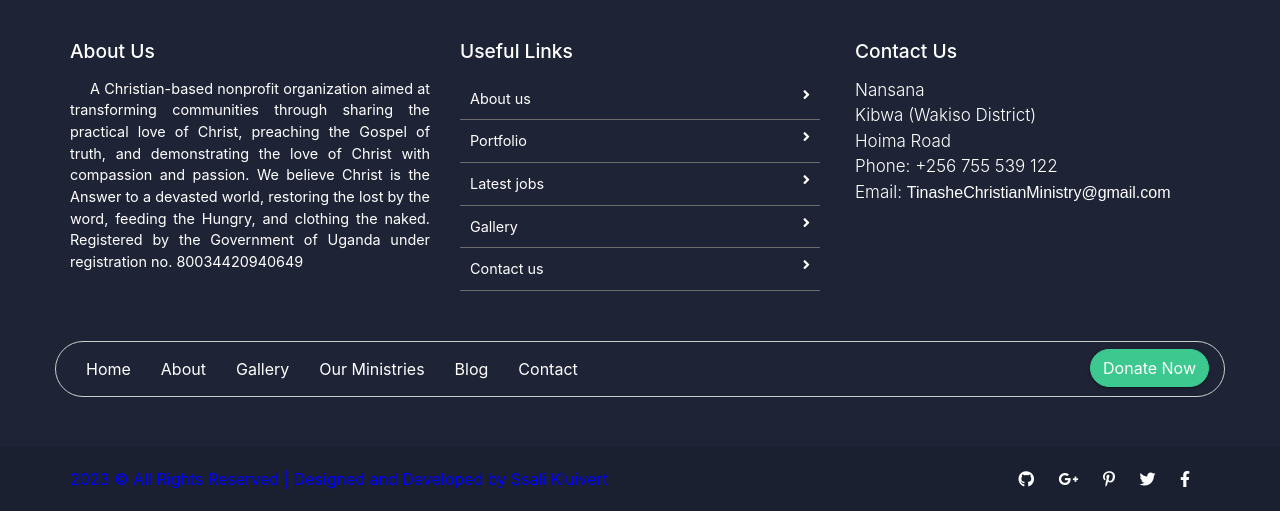
Repository: kluivert-ssali/Zziwa
Page: about_us.html
The author's editor kept a copy of each file at every save. The page is drawn from the files as they stood at one save, then again after the next save.
The browser window is 1280 px wide. The pictures show the part of the page from y = 1556 to 2243 px (the page is 2067 px tall before and 2243 px after).
A picture or video elsewhere on the page could not be fetched, so the positions and the page height are approximate.

Above is the page before, as saved 2023-11-24 23:19:38.

### about_us.html
<!DOCTYPE html>
<html lang="en">
  <head>
    <meta charset="utf-8" />
    <link
      rel="shortcut icon"
      type="x-icon"
      sizes="64x64"
      href="./Logo/ziwaWEB2.0.svg"
    />
    <meta
      name="viewport"
      content="width=device-width, initial-scale=1, shrink-to-fit=no"
    />
    <title>TinasheChristianMinistry</title>
    <link
      rel="shortcut icon"
      href="assets/images/fav.png"
      type="image/x-icon"
    />
    <link
      href="https://fonts.googleapis.com/css2?family=Ubuntu:wght@400;500&display=swap"
      rel="stylesheet"
    />
    <link rel="shortcut icon" href="assets/images/fav.jpg" />
    <link rel="stylesheet" href="assets/css/bootstrap.min.css" />
    <link rel="stylesheet" href="assets/css/all.min.css" />
    <link rel="stylesheet" href="assets/css/animate.css" />
    <link
      rel="stylesheet"
      href="assets/plugins/slider/css/owl.carousel.min.css"
    />
    <link
      rel="stylesheet"
      href="assets/plugins/slider/css/owl.theme.default.css"
    />
    <link rel="stylesheet" type="text/css" href="assets/css/style.css" />
  </head>

  <body>
    <header class="continer-fluid">
      <div class="header-top">
        <div class="container">
          <div class="row col-det">
            <div class="col-lg-6 d-none d-lg-block">
              <ul class="ulleft">
                <li>
                  <i class="far fa-envelope"></i>
                  TinasheChristianMinistry@gmail.com
                  <span>|</span>
                </li>
                <li>
                  <i class="fas fa-phone-volume"></i>
                  +256 755 539 122
                </li>
              </ul>
            </div>
            <div class="col-lg-3 col-md-6 folouws">
              <ul class="ulright">
                <li><small>Folow Us </small>:</li>
                <li>
                  <i class="fab fa-facebook-square"></i>
                </li>
                <li>
                  <i class="fab fa-twitter-square"></i>
                </li>
                <li>
                  <i class="fab fa-instagram"></i>
                </li>
                <li>
                  <i class="fab fa-linkedin"></i>
                </li>
              </ul>
            </div>
            <div class="col-lg-3 d-none d-md-block col-md-6 btn-bhed">
              <button class="btn btn-sm btn-success">
                <a
                  href="https://flutterwave.com/donate/cqvprj4q11oa"
                  target="_blank"
                  >Donate</a
                >
              </button>
            </div>
          </div>
        </div>
      </div>
      <div id="menu-jk" class="header-bottom">
        <div class="container">
          <div class="row nav-row">
            <div class="col-lg-3 col-md-12 logo">
              <a href="index.html">
                <img src="assets/images/TCM.png" alt="" />
                <a data-toggle="collapse" data-target="#menu" href="#menu"
                  ><i class="fas d-block d-lg-none small-menu fa-bars"></i
                ></a>
              </a>
            </div>
            <div id="menu" class="col-lg-9 col-md-12 d-none d-lg-block nav-col">
              <ul class="navbad">
                <li class="nav-item active">
                  <a class="nav-link" href="index.html">Home </a>
                </li>
                <li class="nav-item">
                  <a class="nav-link" href="about_us.html">About Us</a>
                </li>
                <li class="nav-item">
                  <a class="nav-link" href="services.html">Our Ministries</a>
                </li>

                <li class="nav-item">
                  <a class="nav-link" href="gallery.html">Gallery</a>
                </li>

                <li class="nav-item">
                  <a class="nav-link" href="blog.html">Blog</a>
                </li>
                <li class="nav-item">
                  <a class="nav-link" href="contact_us.html">Contact US</a>
                </li>
              </ul>
            </div>
          </div>
        </div>
      </div>
    </header>

    <!--  ************************* Page Title Starts Here ************************** -->

    <!--  ************************* About Us Starts Here ************************** -->

    <div class="about-us container-fluid">
      <div class="container">
        <div class="row natur-row no-margin w-100">
          <div class="text-part col-md-6">
            <h2>About Our Charity</h2>
            <p>
              A Christian-based nonprofit organization aimed at transforming
              communities through sharing the practical love of Christ,
              preaching the Gospel of truth, and demonstrating the love of
              Christ with compassion and passion. We believe Christ is the
              Answer to a devasted world, restoring the lost by the word,
              feeding the Hungry, and clothing the naked. Registered by the
              Government of Uganda under registration no. 80034420940649
            </p>
          </div>
          <div class="image-part col-md-6">
            <div class="about-quick-box row">
              <div class="col-md-6">
                <div class="about-qcard">
                  <i class="fas fa-user"></i>
                  <p>Becom a Volunteer</p>
                </div>
              </div>
              <div class="col-md-6">
                <div class="about-qcard">
                  <i class="fas fa-search-dollar red"></i>
                  <p>Quick Fundrais</p>
                </div>
              </div>
              <div class="col-md-6">
                <div class="about-qcard">
                  <i class="fas fa-donate yell"></i>
                  <p>Giv Donation</p>
                </div>
              </div>
              <div class="col-md-6">
                <div class="about-qcard">
                  <i class="fas fa-hands-helping blu"></i>
                  <p>Help Someone</p>
                </div>
              </div>
            </div>
          </div>
        </div>
      </div>
    </div>

    <!-- ################# Mission Vision Start Here #######################--->

    <section class="container-fluid mission-vision">
      <div class="container">
        <div class="row mission">
          <div class="col-md-6 mv-det">
            <h1>Our Mission</h1>
            <p>
              Sharing the transforming Love of Christ through meeting the needs
              of the Society Holistically, bearing the fruits of Love that
              Remain by going into the world and drawing the world to Christ
              through LOVE AND COMPASSION.
            </p>
          </div>
          <div class="col-md-6 mv-img">
            <img src="assets/images/misin.jpg" alt="" />
          </div>
        </div>
        <div class="row vision">
          <div class="col-md-6 mv-img">
            <img src="assets/images/vision.jpg" alt="" />
          </div>
          <div class="col-md-6 mv-det">
            <h1>Our Vision</h1>
            <p>
              Fulfilling the Great Commission with compassion and passion
              through meeting the physical , spiritual and psychological needs
              of the vulnerable! Matthew 9:36- (When he saw the crowds, he had
              compassion on them…) Serve with compassion -Matthew 9:36
            </p>
          </div>
        </div>
      </div>
    </section>

    <!--  ************************* Footer Starts Here ************************** -->

    <footer class="footer">
      <div class="container">
        <div class="row">
          <div class="col-md-4 col-sm-12">
            <h2>About Us</h2>
            <p>
              A Christian-based nonprofit organization aimed at transforming
              communities through sharing the practical love of Christ,
              preaching the Gospel of truth, and demonstrating the love of
              Christ with compassion and passion. We believe Christ is the
              Answer to a devasted world, restoring the lost by the word,
              feeding the Hungry, and clothing the naked. Registered by the
              Government of Uganda under registration no. 80034420940649
            </p>
          </div>
          <div class="col-md-4 col-sm-12">
            <h2>Useful Links</h2>
            <ul class="list-unstyled link-list">
              <li>
                <a ui-sref="about" href="#/about">About us</a
                ><i class="fa fa-angle-right"></i>
              </li>
              <li>
                <a ui-sref="portfolio" href="#/portfolio">Portfolio</a
                ><i class="fa fa-angle-right"></i>
              </li>
              <li>
                <a ui-sref="products" href="#/products">Latest jobs</a
                ><i class="fa fa-angle-right"></i>
              </li>
              <li>
                <a ui-sref="gallery" href="#/gallery">Gallery</a
                ><i class="fa fa-angle-right"></i>
              </li>
              <li>
                <a ui-sref="contact" href="#/contact">Contact us</a
                ><i class="fa fa-angle-right"></i>
              </li>
            </ul>
          </div>
          <div class="col-md-4 col-sm-12 map-img">
            <h2>Contact Us</h2>
            <address class="md-margin-bottom-40">
              Nansana <br />
              Kibwa (Wakiso District) <br />
              Hoima Road <br />
              Phone: +256 755 539 122 <br />
              Email:
              <a href="TinasheChristianMinistry@gmail.com " class=""
                >TinasheChristianMinistry@gmail.com </a
              ><br />
            </address>
          </div>
        </div>

        <div class="nav-box row clearfix">
          <div class="inner col-md-9 clearfix">
            <ul class="footer-nav clearfix">
              <li><a href="#">Home</a></li>
              <li><a href="#">About</a></li>
              <li><a href="#">Gallery</a></li>
              <li><a href="#">Our Ministries</a></li>
              <li><a href="#">Blog</a></li>
              <li><a href="#">Contact</a></li>
            </ul>
          </div>
          <div class="donate-link col-md-3">
            <a
              href="https://flutterwave.com/donate/cqvprj4q11oa"
              target="_blank"
              class="btn btn-primary"
              ><span class="btn-title">Donate Now</span></a
            >
          </div>
        </div>
      </div>
    </footer>
    <div class="copy">
      <div class="container">
        <a
          href="https://kluivertssali.netlify.app"
          target="_blank"
          style="color: blue"
          >2023 &copy; All Rights Reserved | Designed and Developed by Ssali
          Kluivert</a
        >

        <span>
          <a><i class="fab fa-github"></i></a>
          <a><i class="fab fa-google-plus-g"></i></a>
          <a><i class="fab fa-pinterest-p"></i></a>
          <a><i class="fab fa-twitter"></i></a>
          <a><i class="fab fa-facebook-f"></i></a>
        </span>
      </div>
    </div>
  </body>

  <script src="assets/js/jquery-3.2.1.min.js"></script>
  <script src="assets/js/popper.min.js"></script>
  <script src="assets/js/bootstrap.min.js"></script>
  <script src="assets/plugins/scroll-fixed/jquery-scrolltofixed-min.js"></script>
  <script src="assets/plugins/slider/js/owl.carousel.min.js"></script>
  <script src="assets/js/script.js"></script>
</html>

Loaded but not shown: assets/css/bootstrap.min.css (library); assets/css/all.min.css (library); assets/css/animate.css (library); assets/plugins/slider/css/owl.carousel.min.css (library); assets/plugins/slider/css/owl.theme.default.css (common file); assets/js/jquery-3.2.1.min.js (library); assets/js/popper.min.js (library); assets/js/bootstrap.min.js (library); assets/plugins/scroll-fixed/jquery-scrolltofixed-min.js (library); assets/plugins/slider/js/owl.carousel.min.js (library); assets/js/script.js (69 lines, source omitted); assets/css/style.css (795 lines, source omitted)

After the next save:
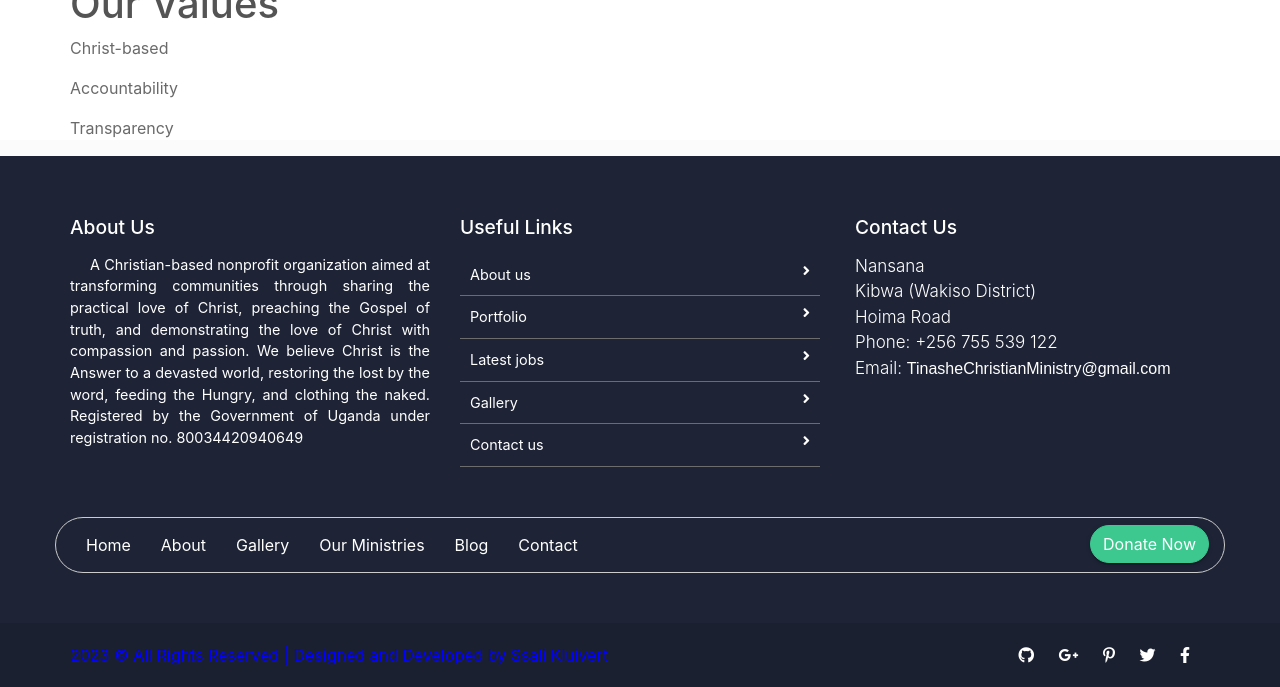
Saved 28 s later.
--- a/about_us.html
+++ b/about_us.html
@@ -207,6 +207,18 @@
             </p>
           </div>
         </div>
+        <div>
+          <h1>Our Values</h1>
+          <ol>
+            Christ-based
+          </ol>
+          <ol>
+            Accountability
+          </ol>
+          <ol>
+            Transparency
+          </ol>
+        </div>
       </div>
     </section>
 
